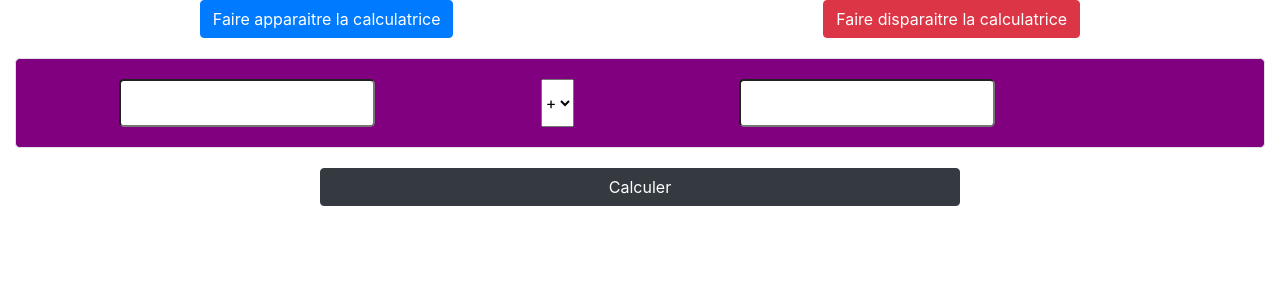
Repository: julieLyM/calculatrice
Page: calculatrice.html
The author's editor kept a copy of each file at every save. The page is drawn from the files as they stood at one save, then again after the next save.
The browser window is 1280 px wide. The pictures show the whole page.

Above is the page before, as saved 2020-12-08 15:26:42.

After the next save:
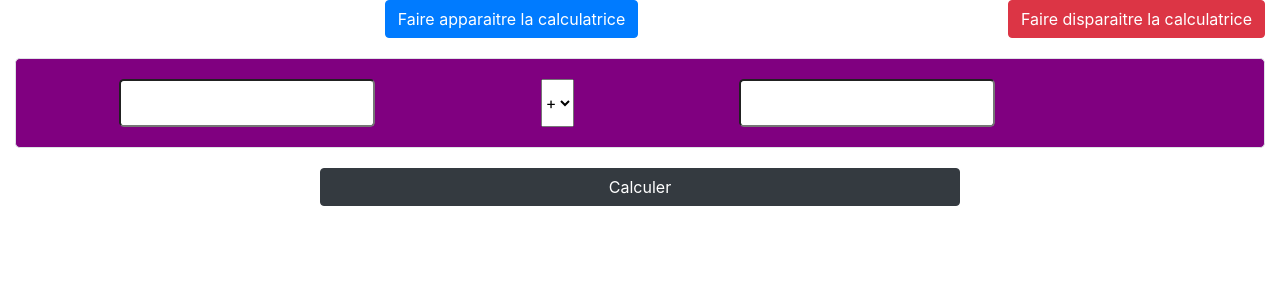
Saved 12 s later.
--- a/calculatrice.html
+++ b/calculatrice.html
@@ -10,7 +10,7 @@
   <body>
     <div class="container-fluid">
         <div class="row justify-content-around" style="margin: 0 auto; text-align:center">
-          <button class="btn btn-primary" id="appear" >
+          <button class="btn btn-primary" id="appear"  style="margin: 0 auto; text-align:center" >
             Faire apparaitre la calculatrice
           </button>
           <button class="btn btn-danger" id="disapear">

After the 2 saves that followed:
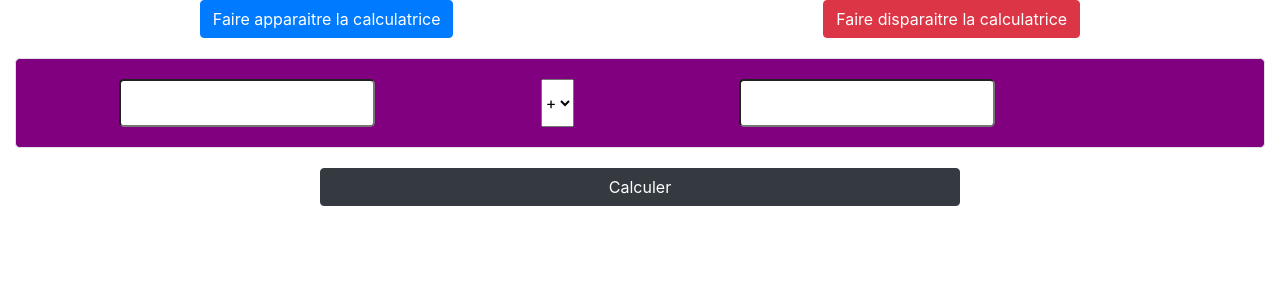
The 2 saves are shown as one change because they came seconds apart.
The last was saved 12 s later.
--- a/calculatrice.html
+++ b/calculatrice.html
@@ -10,7 +10,7 @@
   <body>
     <div class="container-fluid">
         <div class="row justify-content-around" style="margin: 0 auto; text-align:center">
-          <button class="btn btn-primary" id="appear"  style="margin: 0 auto; text-align:center" >
+          <button class="btn btn-primary" id="appear"  style="text-align:center">
             Faire apparaitre la calculatrice
           </button>
           <button class="btn btn-danger" id="disapear">
